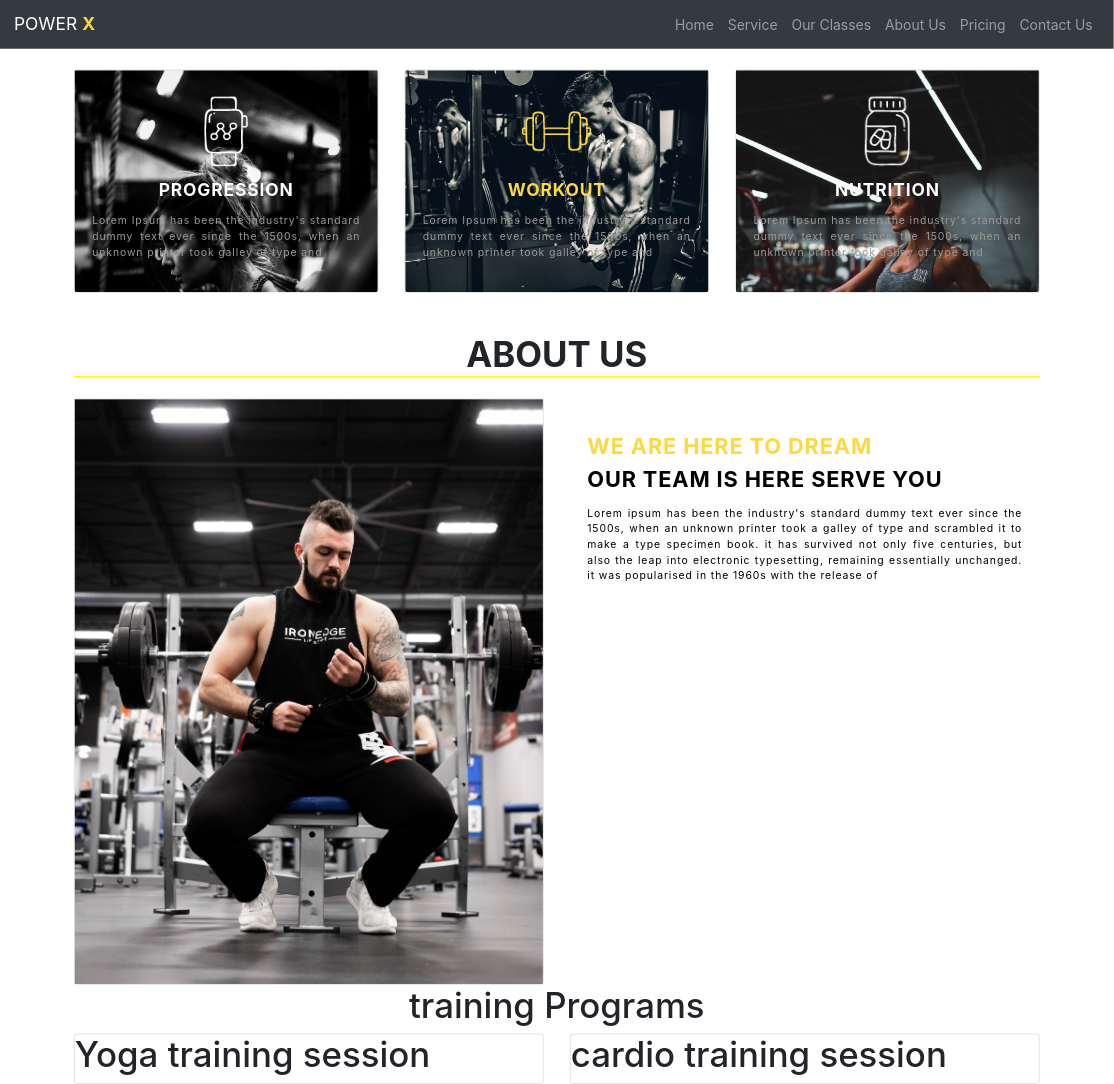
Repository: arif286/power-x-gym
Page: /
These files come from the project's save history. The page is drawn as it stood at one moment and after the next save; the edit follows.
The browser window is 1280 px wide. The pictures show the whole page, at 87% of full size.
The project was rebuilt for these pictures with package versions that can differ from the ones it lists, and the page was loaded fresh each time.

Above is the page before, as saved 2021-04-06 21:20:52.

After the next save:
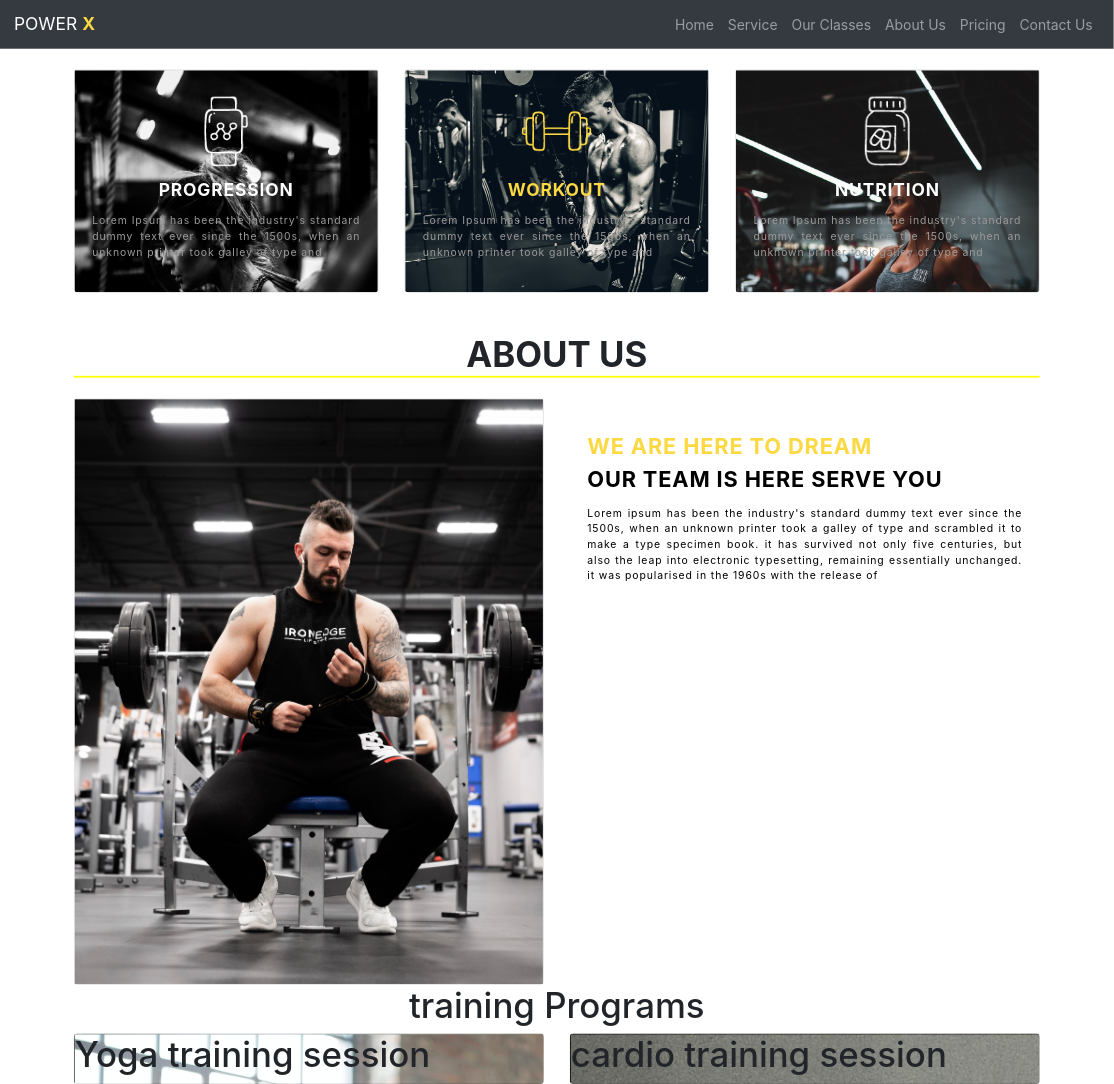
Saved 12 s later.
--- a/src/components/Programs/Programs.js
+++ b/src/components/Programs/Programs.js
@@ -1,6 +1,6 @@
 import React from "react";
 import { Card, Col, Container, Row } from "react-bootstrap";
-
+import './Programs.css';
 const Programs = () => {
   return (
     <>
